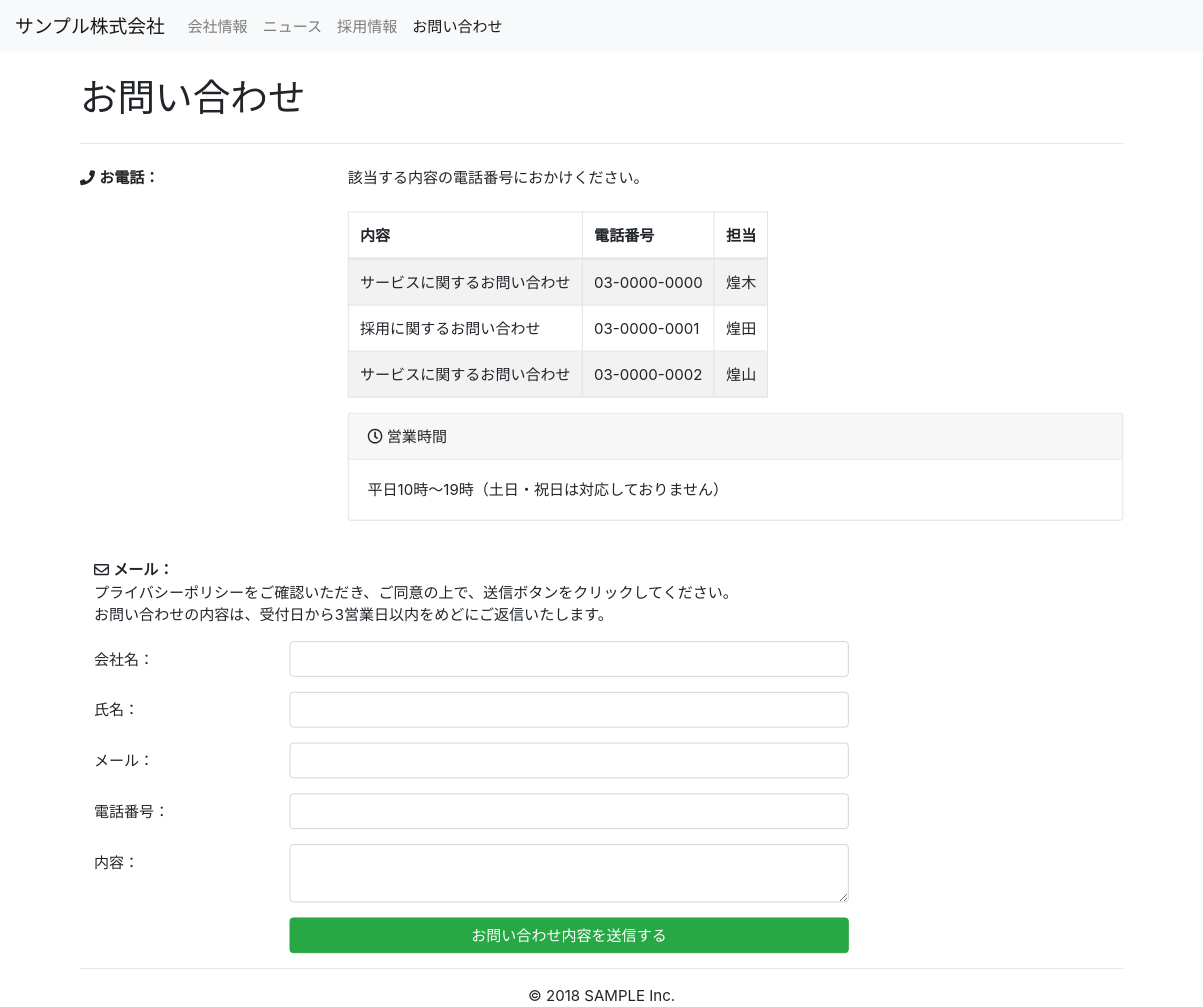
Repository: momoppii/checkii
Page: contact.html
The author's editor kept a record of every edit. The page is drawn from the files as they stood at one moment, then again after the next edit.
The browser window is 1280 px wide. The pictures show the whole page, at 94% of full size.

Above is the page before.

### contact.html
<!DOCTYPE html>
<html lang="ja">

<head>
    <meta charset="utf-8">
    <meta name="viewport" content="width=device-width, initial-scale=1, shrink-to-fit=no">

    <link rel="stylesheet" href="https://stackpath.bootstrapcdn.com/bootstrap/4.3.1/css/bootstrap.min.css">

    <title>お問い合わせ | サンプル株式会社</title>
</head>

<body>
    <header>
        <!-- 576px以上の画面幅のとき、メニューを表示する（それ未満なら折りたたむ）指定を追加 -->
        <nav class="navbar navbar-expand-sm navbar-light bg-light">
            <!-- 画面左上に表示するサイト名のリンクとして適切な表示をするための指定を追加 -->
            <a href="#" class="navbar-brand">サンプル株式会社</a>

            <button type="button" class="navbar-toggler" data-toggle="collapse" data-target="#nav-bar">
                <span class="navbar-toggler-icon"></span>
            </button>

            <div class="collapse navbar-collapse" id="nav-bar">
                <ul class="navbar-nav">
                    <li class="nav-item"><a href="#" class="nav-link">会社情報</a></li>
                    <li class="nav-item"><a href="#" class="nav-link">ニュース</a></li>
                    <li class="nav-item"><a href="#" class="nav-link">採用情報</a></li>
                    <!-- お問い合わせページを表示していることをわかりやすくする設定を追加 -->
                    <li class="nav-item"><a href="#" class="nav-link active">お問い合わせ</a></li>
                </ul>
            </div>
        </nav>
    </header>
    <div class="container">
        <h1 class="mt-4 pb-4 border-bottom">お問い合わせ</h1>

        <!-- グリッドを使うための指定を追加 -->
        <div class="mt-4 row">
            <!-- 576px以上の画面幅のとき、左側は3つ分のカラム幅で表示する指定を追加 -->
            <div class="col-sm-3">
                <!-- 電話に関するFont Awesomeのアイコンを追加 -->
                <i class="fas fa-phone"></i> <strong>お電話：</strong>
            </div>

            <!-- 576px以上の画面幅のとき、右側は9つ分のカラム幅で表示する指定を追加 -->
            <div class="col-sm-9">
                <p>該当する内容の電話番号におかけください。</p>
                <!-- テーブルの装飾を適用する指定を追加 -->
                <div class="table">
                <!-- さらにテーブルへ枠を追加する指定、行ごとの背景色が交互に変わる指定を追加 -->
                <table class="mt-4 table-bordered table-striped">
                    <thead>
                        <tr>
                            <th>内容</th>
                            <th>電話番号</th>
                            <th>担当</th>
                        </tr>
                    </thead>
                    <tbody>
                        <tr>
                            <td>サービスに関するお問い合わせ</td>
                            <td>03-0000-0000</td>
                            <td>煌木</td>
                        </tr>
                        <tr>
                            <td>採用に関するお問い合わせ</td>
                            <td>03-0000-0001</td>
                            <td>煌田</td>
                        </tr>
                        <tr>
                            <td>サービスに関するお問い合わせ</td>
                            <td>03-0000-0002</td>
                            <td>煌山</td>
                        </tr>
                    </tbody>
                </table>

                <!-- カードの装飾を適用 -->
                <div class="mt-3 card">
                    <!-- カードのタイトル部分として設定 -->
                    <div class="card-header">
                        <!-- 時間に関するFont Awesomeのアイコンを追加 -->
                        <i class="far fa-clock"></i> 営業時間
                    </div>

                    <!-- カードの本文部分として設定 -->
                    <div class="card-body">
                        平日10時〜19時（土日・祝日は対応しておりません）
                    </div>
                </div>
            </div>
        </div>

        <!-- グリッドを使うための指定を追加 -->
        <div class="mt-4 container">
            <!-- 576px以上の画面幅のとき、左側は3つ分のカラム幅で表示する指定を追加 -->
            <div class="col-sm-3">
                <!-- メールに関するFont Awesomeのアイコンを追加 -->
                <i class="far fa-envelope"></i> <strong>メール：</strong>
            </div>

            <!-- 576px以上の画面幅のとき、右側は9つ分のカラム幅で表示する指定を追加 -->
            <div class="col-sm-9">
                <p>
                    プライバシーポリシーをご確認いただき、ご同意の上で、送信ボタンをクリックしてください。<br />
                    お問い合わせの内容は、受付日から3営業日以内をめどにご返信いたします。
                </p>
                <form action="complete.html">
                    <!-- ラベルとフォーム部品を並べるためにグリッドを使う指定を追加 -->
                    <div class="form-group row">
                        <!-- 576px以上の画面幅のとき、ラベルは3つ分のカラム幅で表示する指定を追加 -->
                        <label class="col-form-label col-sm-3">会社名：</label>

                        <!-- 576px以上の画面幅のとき、フォーム部品は9つ分のカラム幅で表示する指定を追加 -->
                        <div class="col-sm-9">
                            <input type="text" class="form-control" name="company">
                        </div>
                    </div>

                    <!-- ラベルとフォーム部品を並べるためにグリッドを使う指定を追加 -->
                    <div class="form-group row">
                        <!-- 576px以上の画面幅のとき、ラベルは3つ分のカラム幅で表示する指定を追加 -->
                        <label class="col-form-label col-sm-3">氏名：</label>

                        <!-- 576px以上の画面幅のとき、フォーム部品は9つ分のカラム幅で表示する指定を追加 -->
                        <div class="col-sm-9">
                            <input type="text" class="form-control" name="name">
                        </div>
                    </div>

                    <!-- ラベルとフォーム部品を並べるためにグリッドを使う指定を追加 -->
                    <div class="form-group row">
                        <!-- 576px以上の画面幅のとき、ラベルは3つ分のカラム幅で表示する指定を追加 -->
                        <label class="col-form-label col-sm-3">メール：</label>

                        <!-- 576px以上の画面幅のとき、フォーム部品は9つ分のカラム幅で表示する指定を追加 -->
                        <div class="col-sm-9">
                            <input type="text" class="form-control" name="mail">
                        </div>
                    </div>

                    <!-- ラベルとフォーム部品を並べるためにグリッドを使う指定を追加 -->
                    <div class="form-group row">
                        <!-- 576px以上の画面幅のとき、ラベルは3つ分のカラム幅で表示する指定を追加 -->
                        <label class="col-form-label col-sm-3">電話番号：</label>

                        <!-- 576px以上の画面幅のとき、フォーム部品は9つ分のカラム幅で表示する指定を追加 -->
                        <div class="col-sm-9">
                            <input type="text" class="form-control" name="tel">
                        </div>
                    </div>

                    <!-- ラベルとフォーム部品を並べるためにグリッドを使う指定を追加 -->
                    <div class="form-group row">
                        <!-- 576px以上の画面幅のとき、ラベルは3つ分のカラム幅で表示する指定を追加 -->
                        <label class="col-form-label col-sm-3">内容：</label>

                        <!-- 576px以上の画面幅のとき、フォーム部品は9つ分のカラム幅で表示する指定を追加 -->
                        <div class="col-sm-9">
                            <textarea class="form-control" name="content"></textarea>
                        </div>
                    </div>

                    <!-- ラベルとフォーム部品を並べるためにグリッドを使う指定を追加 -->
                    <div class="form-group row">
                        <!-- 576px以上の画面幅のとき、3つ分のカラム幅の隙間を表示する設定を追加 -->
                        <!-- さらに、576px以上の画面幅のとき、9つ分のカラム幅で送信ボタンの表示部分の設定を追加 -->
                        <div class="offset-sm-3 col-sm-9">
                            <!-- 送信ボタンを緑色にする設定を追加 -->
                            <!-- さらに、送信ボタンは、指定のカラム幅に対して100％の幅となる設定を追加 -->
                            <button type="submit" class="btn btn-success btn-block">お問い合わせ内容を送信する</button>
                        </div>
                    </div>
                </form>
            </div>
        </div>
    </div>
    <footer class="text-center pt-3 border-top">
        &copy; 2018 SAMPLE Inc.
    </footer>

    <script src="https://code.jquery.com/jquery-3.3.1.slim.min.js"></script>
    <script src="https://cdnjs.cloudflare.com/ajax/libs/popper.js/1.14.6/umd/popper.min.js"></script>
    <script src="https://stackpath.bootstrapcdn.com/bootstrap/4.3.1/js/bootstrap.min.js"></script>
    <script defer src="https://use.fontawesome.com/releases/v5.7.2/js/all.js"></script>
</body>

</html>

After the next edit:
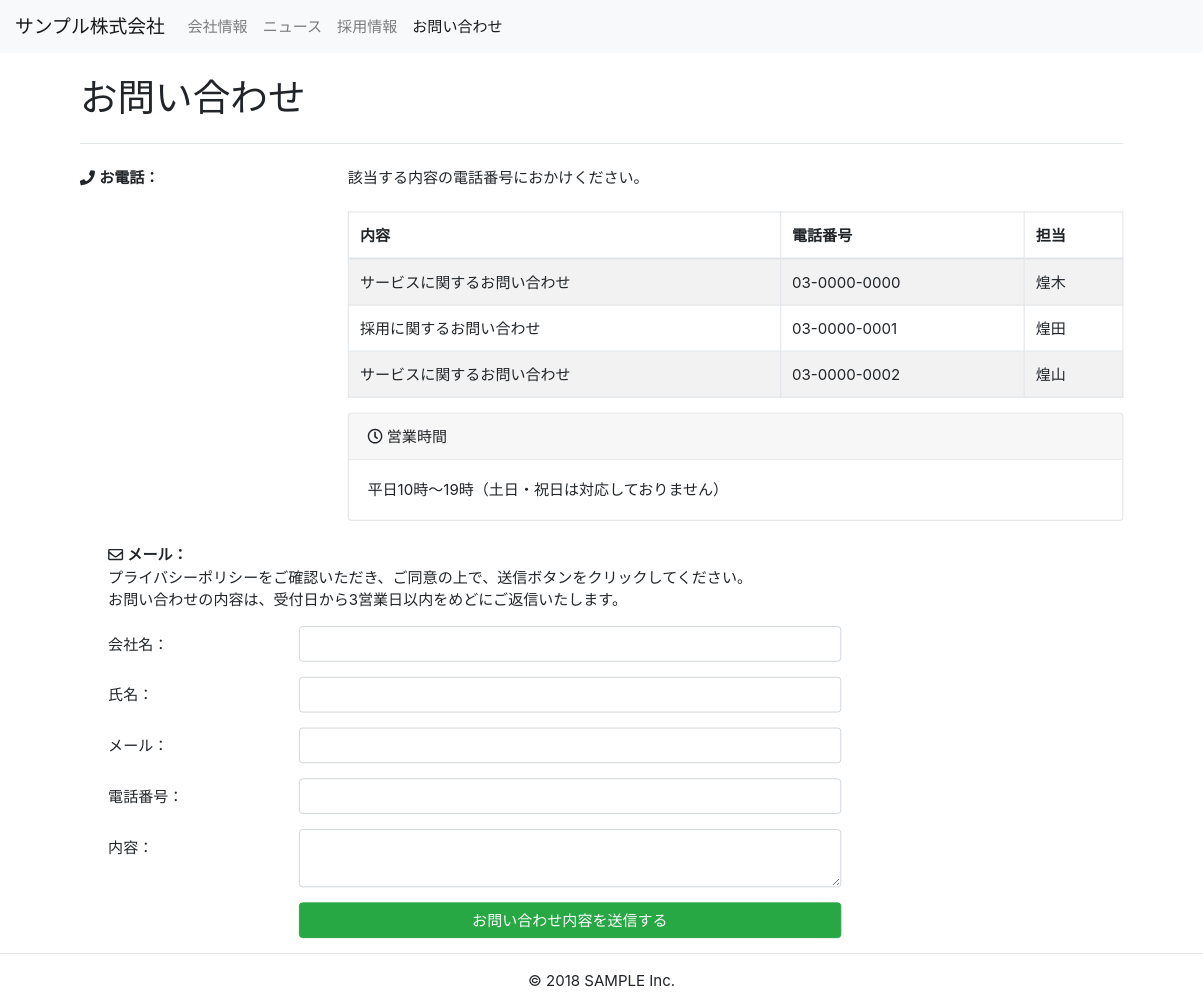
The edit:
--- a/contact.html
+++ b/contact.html
@@ -47,9 +47,8 @@
             <div class="col-sm-9">
                 <p>該当する内容の電話番号におかけください。</p>
                 <!-- テーブルの装飾を適用する指定を追加 -->
-                <div class="table">
                 <!-- さらにテーブルへ枠を追加する指定、行ごとの背景色が交互に変わる指定を追加 -->
-                <table class="mt-4 table-bordered table-striped">
+                <table class="mt-4 table table-bordered table-striped">
                     <thead>
                         <tr>
                             <th>内容</th>
